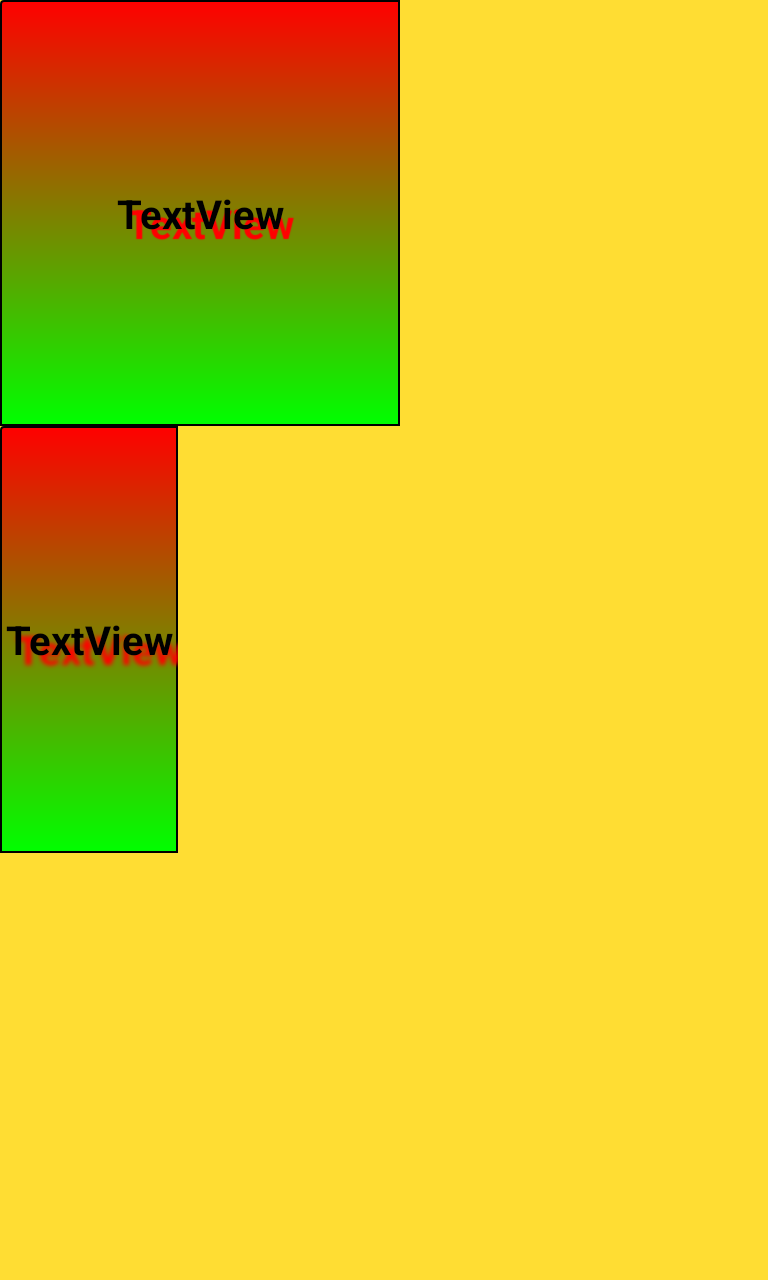
Repository: yhtaphp/yhtqgit
Layout: android/TextView/res/layout/activity_main.xml
These files come from the project's save history. The layout is drawn as it stood at one moment and after the next save; the edit follows.
It is drawn on a 768 x 1280 px phone screen (xhdpi) without system bars, with theme AppTheme; the app's code is not run.

Above is the layout before, as saved 2016-09-11 13:36:32.

### android/TextView/res/layout/activity_main.xml
<LinearLayout xmlns:android="http://schemas.android.com/apk/res/android"
    xmlns:tools="http://schemas.android.com/tools"
    android:layout_width="match_parent"
    android:layout_height="match_parent"
    tools:context="${relativePackage}.${activityClass}"
    android:background="#ffdd33"
    android:orientation="vertical"
     >

    <TextView
        android:id="@+id/text1"
        android:layout_width="200dp"
        android:layout_height="0dp"
        android:layout_weight="1"
        android:gravity="center"
        android:background="@drawable/teststyle"
        android:textColor="#000"
        android:shadowDx="10"
        android:shadowDy="10"
        android:shadowColor="#f00"
        android:shadowRadius="0.1"
        android:textStyle="bold"
        android:textSize="20sp"
        android:text="TextView" />
        <TextView
        android:layout_width="wrap_content"
        android:layout_height="0dp"
        android:layout_weight="1"
        android:gravity="center"
        android:background="@drawable/teststyle"
        android:textColor="#000"
        android:shadowDx="10"
        android:shadowDy="10"
        android:shadowColor="#f00"
        android:shadowRadius="3.0"
        android:textStyle="bold"
        android:textSize="20sp"
        android:text="TextView" />
   <TableLayout
       android:layout_weight="1"></TableLayout>
</LinearLayout>

### android/TextView/res/drawable-ldpi/teststyle.xml
<?xml version="1.0" encoding="utf-8"?>
<shape xmlns:android="http://schemas.android.com/apk/res/android" >
    <!-- 设置一个边框 -->
    <stroke android:width="2px" android:color="#000"/>

    <gradient
        android:angle="270"
        android:startColor="#f00"
        android:endColor="#0f0"/>

    <!-- 设置内边距 -->
    <padding
        android:left="5px"
        android:right="5px"
        android:top="5px"
        android:bottom="5px"
        />
    <corners android:topLeftRadius="3px"/>

</shape>

Loaded but not shown: android/TextView/res/values/styles.xml (common file); android/TextView/res/values-v11/styles.xml (common file); android/TextView/res/values-v14/styles.xml (common file)

After the next save:
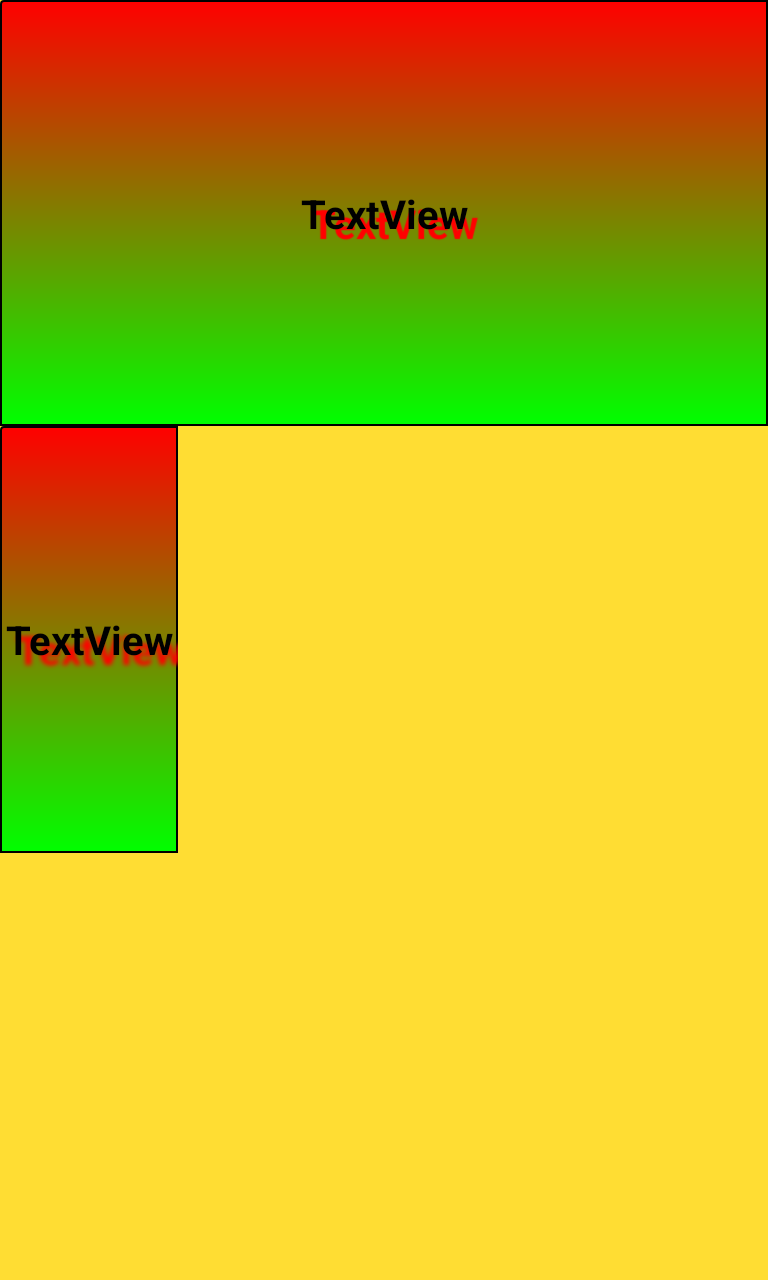
Saved 9 s later.
--- a/android/TextView/res/layout/activity_main.xml
+++ b/android/TextView/res/layout/activity_main.xml
@@ -9,7 +9,7 @@
 
     <TextView
         android:id="@+id/text1"
-        android:layout_width="200dp"
+        android:layout_width="match_parent"
         android:layout_height="0dp"
         android:layout_weight="1"
         android:gravity="center"
